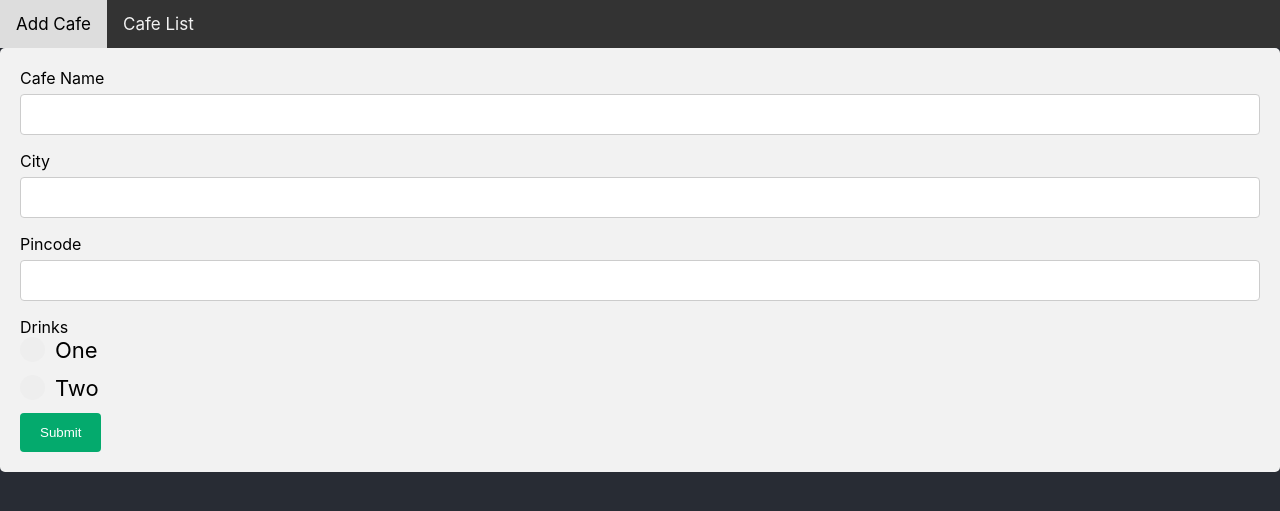
Repository: Surojd/project-cafe
Page: /add-cafe
The author's editor kept a copy of each file at every save. The page is drawn from the files as they stood at one save, then again after the next save.
The browser window is 1280 px wide. The pictures show the whole page.
The page's requests for data from a server got no answer. The project was rebuilt for these pictures with package versions that can differ from the ones it lists, and the page was loaded fresh each time. No one was signed in, and anything a server would have sent is missing. Also part of the build but not shown: src/cafe/CafeList.js.

Above is the page before, as saved 2021-09-01 13:53:48.

After the next save:
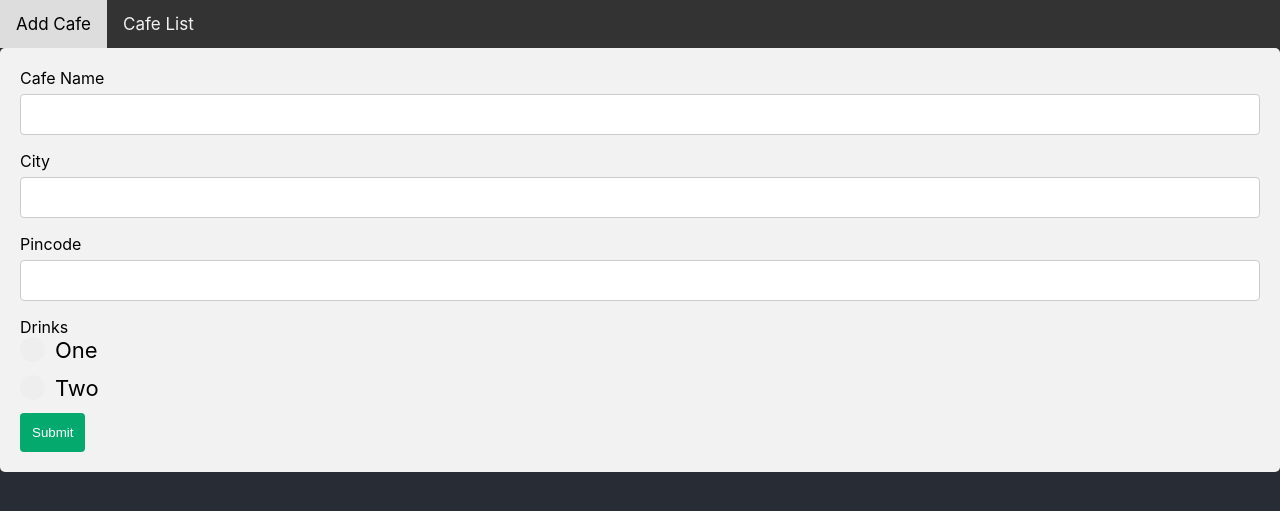
Saved 30 s later.
--- a/src/App.css
+++ b/src/App.css
@@ -48,7 +48,7 @@ input[type=text],input[type=number], select, textarea {
 input[type=submit] {
   background-color: #04AA6D;
   color: white;
-  padding: 12px 20px;
+  padding: 12px ;
   border: none;
   border-radius: 4px;
   cursor: pointer;
